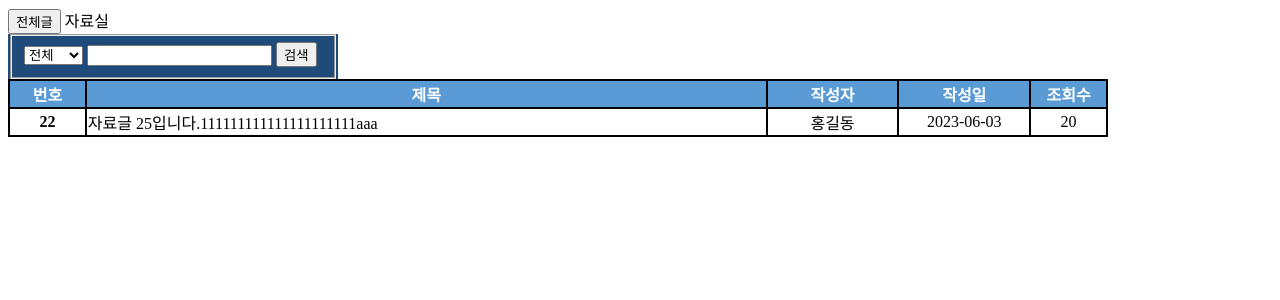
Repository: LJzero-dev/java-study
Page: http://localhost/ktbwos/bbs/request_list.jsp
An editor plug-in stored every save of this project. The page is shown before and after the next save, followed by the edit.
The browser window is 1280 px wide. The pictures show the whole page.
The page is served by Tomcat 9.

Above is the page before, as saved 2023-06-10 13:28:08.

After the next save:
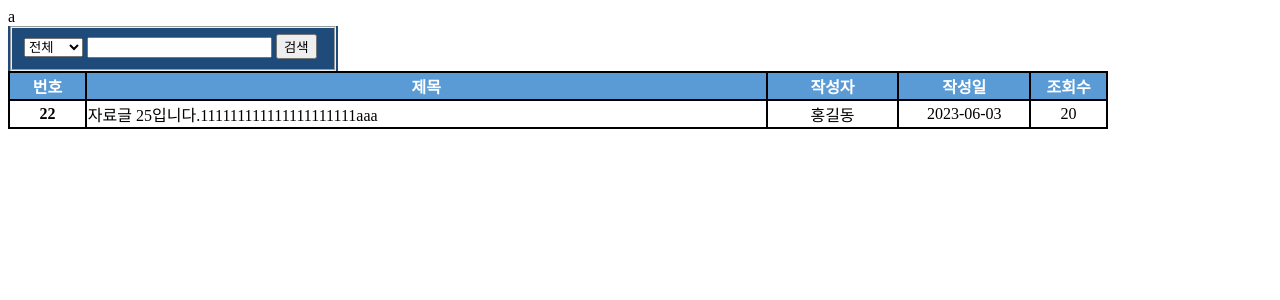
Saved 15 s later.
--- a/web/ktbwos/WebContent/bbs/request_list.jsp
+++ b/web/ktbwos/WebContent/bbs/request_list.jsp
@@ -19,7 +19,7 @@
 <body>
 
 <div width="1100">
-<div style="width:330px; position: relative;"><input type="button" value="전체글"> 자료실</div><div style="width:330px; background:#1E4B79; position: relative; left:0px;" >
+a<div style="width:330px; background:#1E4B79; position: relative; left:0px;" >
 <form name="frmSch">
 <fieldset>
 		<select name="schtype">
